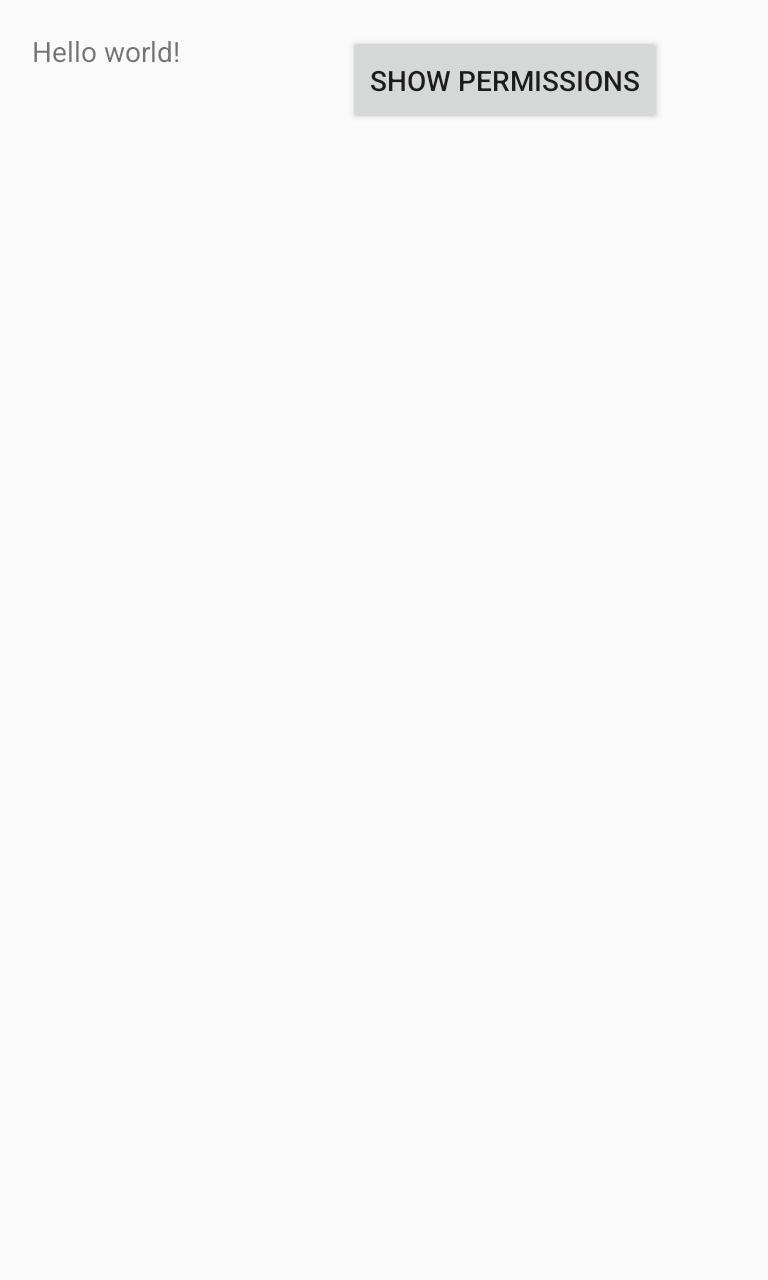
Repository: androidPermissionsApp/App
Layout: PermissionApp/res/layout/fragment_main.xml
The author's editor kept a copy of each file at every save. The layout is drawn from the files as they stood at one save, then again after the next save.
It is drawn on a 768 x 1280 px phone screen (xhdpi) without system bars, with theme AppTheme; the app's code is not run.

Above is the layout before, as saved 2014-05-07 18:26:12.

### PermissionApp/res/layout/fragment_main.xml
<RelativeLayout xmlns:android="http://schemas.android.com/apk/res/android"
    xmlns:tools="http://schemas.android.com/tools"
    android:layout_width="match_parent"
    android:layout_height="match_parent"
    android:paddingBottom="@dimen/activity_vertical_margin"
    android:paddingLeft="@dimen/activity_horizontal_margin"
    android:paddingRight="@dimen/activity_horizontal_margin"
    android:paddingTop="@dimen/activity_vertical_margin"
    tools:context="com.example.permissionapp.MainActivity$PlaceholderFragment" >

    <TextView
        android:id="@+id/textView1"
        android:layout_width="wrap_content"
        android:layout_height="wrap_content"
        android:text="@string/hello_world" />

    <Button
        android:id="@+id/permissions_button"
        android:layout_width="wrap_content"
        android:layout_height="wrap_content"
        android:layout_alignParentRight="true"
        android:layout_alignTop="@+id/textView1"
        android:layout_marginRight="36dp"
        android:text="@string/show_permissions" />

</RelativeLayout>

### PermissionApp/res/values/strings.xml
<?xml version="1.0" encoding="utf-8"?>
<resources>

    <string name="app_name">PermissionApp</string>
    <string name="hello_world">Hello world!</string>
    <string name="action_settings">Settings</string>
    <string name="show_permissions">Show Permissions</string>

</resources>

Loaded but not shown: PermissionApp/res/values/styles.xml (common file); PermissionApp/res/values-v11/styles.xml (common file); PermissionApp/res/values-v14/styles.xml (common file); PermissionApp/res/values/dimens.xml (common file); PermissionApp/res/values-w820dp/dimens.xml (common file)

After the next save:
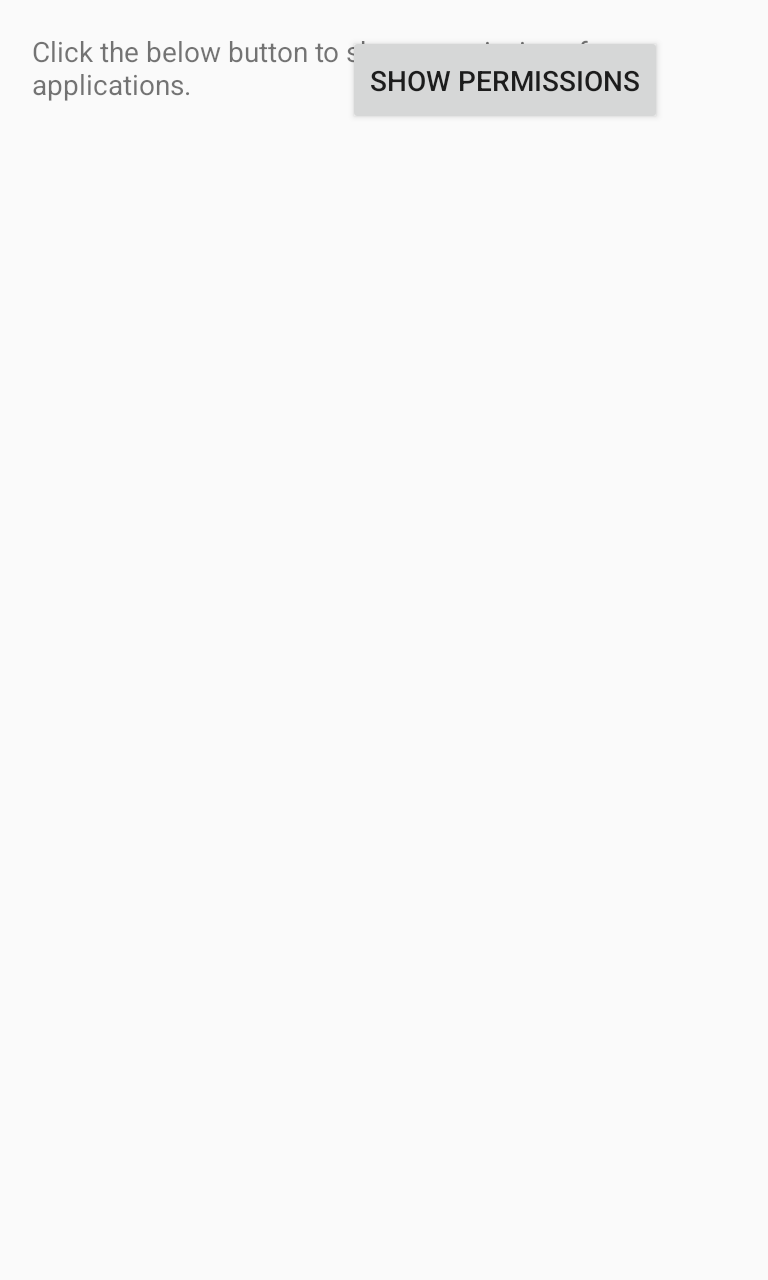
Saved 2 min 4 s later.
--- a/PermissionApp/res/layout/fragment_main.xml
+++ b/PermissionApp/res/layout/fragment_main.xml
@@ -9,17 +9,17 @@
     tools:context="com.example.permissionapp.MainActivity$PlaceholderFragment" >
 
     <TextView
-        android:id="@+id/textView1"
+        android:id="@+id/buttonInstructions	"
         android:layout_width="wrap_content"
         android:layout_height="wrap_content"
-        android:text="@string/hello_world" />
+        android:text="@string/button_instructions" />
 
     <Button
         android:id="@+id/permissions_button"
         android:layout_width="wrap_content"
         android:layout_height="wrap_content"
         android:layout_alignParentRight="true"
-        android:layout_alignTop="@+id/textView1"
+        android:layout_alignTop="@+id/buttonInstructions"
         android:layout_marginRight="36dp"
         android:text="@string/show_permissions" />
 
--- a/PermissionApp/res/values/strings.xml
+++ b/PermissionApp/res/values/strings.xml
@@ -2,7 +2,7 @@
 <resources>
 
     <string name="app_name">PermissionApp</string>
-    <string name="hello_world">Hello world!</string>
+    <string name="button_instructions">Click the below button to show permissions for applications.</string>
     <string name="action_settings">Settings</string>
     <string name="show_permissions">Show Permissions</string>
 
